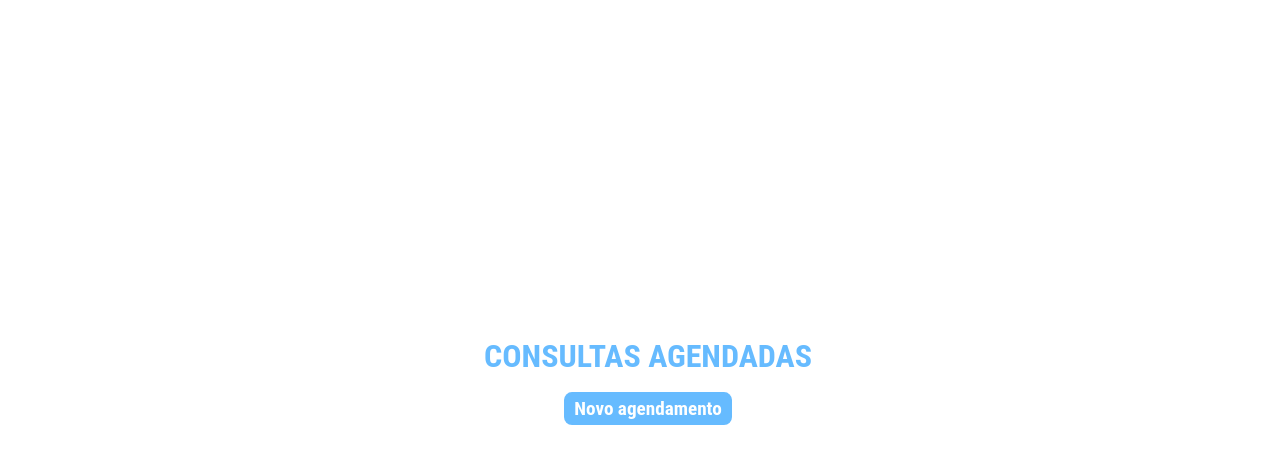
Repository: ohenriquesouza/HospitalCRUD-using-JavaEE
Page: http://localhost/JSP_test/main
These files come from the project's save history. The page is drawn as it stood at one moment and after the next save; the edit follows.
The browser window is 1280 px wide. The pictures show the whole page.
Some web fonts or font styles are not loaded; a fallback is used. The page is served by Tomcat 10. Other server files are loaded and not shown. Queries for data that is not in the repository find no rows.

Above is the page before, as saved 2022-12-28 15:57:18.

### JSP_test/src/main/webapp/cadastro.jsp
<%@ page language="java" contentType="text/html; charset=utf-8"
    pageEncoding="utf-8"%>
<%@ page import="model.JavaBeans" %>
<%@ page import="java.util.ArrayList" %>
<%
	ArrayList<JavaBeans> consultas = (ArrayList<JavaBeans>) request.getAttribute("consultasAgendadas");
%>
<!DOCTYPE html>
<html lang="pt-br">
<head>
<meta charset="utf-8">
<title>Cadastro de pacientes</title>
<link rel="icon" href="imgs/usericon.png">
<link rel="stylesheet" href="style.css">
</head>
<body>
	<center><h1>CONSULTAS AGENDADAS</h1></center>
	<center><a class="botao1" href="novaConsulta.html">Novo agendamento</a></center>
	<%if(consultas.size() > 0){ %>
	<table id="tabela">
		<thead>
			<tr>
				<th>ID</th>
				<th>Nome</th>
				<th>Número da carteira</th>
				<th>Plano de saúde</th>
				<th>Especialidade</th>
				<th>Opções</th>
			</tr>
		</thead>
		<tbody>
			<%for(int i = 0; i < consultas.size(); i++){ %>
			<tr>
				<td><%=consultas.get(i).getidPaciente() %></td>
				<td><%=consultas.get(i).getnomePaciente() %></td>
				<td><%=consultas.get(i).getnmCarteira() %></td>
				<td><%=consultas.get(i).getPlanSaude() %></td>
				<td><%=consultas.get(i).getespeci() %></td>
				<td><a href="select?idPaciente=<%=consultas.get(i).getidPaciente() %>" class="botao1">Editar</a>
				<a href="javascript: confirmacao(<%=consultas.get(i).getidPaciente() %>)" class="botao2">Remover</a></td>
			</tr>
			<%} %>
		</tbody>



	</table>
	<br>
	<center><a href="relatorio" class="botao3">Gerar PDF</a></center>
	<%} %>
	<script src="scripts/confirmacao.js"></script>
</body>
</html>

### JSP_test/src/main/java/controller/Controller.java
package controller;

import java.io.IOException;
import java.util.ArrayList;

import com.itextpdf.text.Document;
import com.itextpdf.text.Paragraph;
import com.itextpdf.text.pdf.PdfPCell;
import com.itextpdf.text.pdf.PdfPTable;
import com.itextpdf.text.pdf.PdfWriter;

import jakarta.servlet.RequestDispatcher;
import jakarta.servlet.ServletException;
import jakarta.servlet.annotation.WebServlet;
import jakarta.servlet.http.HttpServlet;
import jakarta.servlet.http.HttpServletRequest;
import jakarta.servlet.http.HttpServletResponse;
import model.DAO;
import model.JavaBeans;

@WebServlet(urlPatterns = { "/Controller", "/main", "/insert", "/select", "/edit", "/delete", "/relatorio" })
@SuppressWarnings("unused")
public class Controller extends HttpServlet {
	private static final long serialVersionUID = 1L;
	DAO dao = new DAO();
	JavaBeans consulta = new JavaBeans();

	public Controller() {
		super();

	}

	protected void doGet(HttpServletRequest request, HttpServletResponse response)
			throws ServletException, IOException {

		String action = request.getServletPath();
		System.out.println(action);
		if (action.equals("/main")) {
			consultas(request, response);
		} else if (action.equals("/insert")) {
			novoAgendamento(request, response);
		} else if (action.equals("/select")) {
			listarConsultas(request, response);
		} else if (action.equals("/edit")) {
			editarConsulta(request, response);
		} else if (action.equals("/delete")) {
			removeConsulta(request, response);
		} else if (action.equals("/relatorio")) {
			gerarpdf(request, response);
		} else {
			response.sendRedirect("index.html");
		}
	}

	protected void consultas(HttpServletRequest request, HttpServletResponse response)
			throws ServletException, IOException {

		ArrayList<JavaBeans> consultas = dao.visualizarConsultas();
		request.setAttribute("consultasAgendadas", consultas);
		RequestDispatcher rd = request.getRequestDispatcher("cadastro.jsp");
		rd.forward(request, response);
	}

	protected void novoAgendamento(HttpServletRequest request, HttpServletResponse response)
			throws ServletException, IOException {

		// System.out.println(request.getParameter("nome"));
		// System.out.println(request.getParameter("NmCarteira"));
		// System.out.println(request.getParameter("plan"));
		// System.out.println(request.getParameter("especs"));

		consulta.setnomePaciente(request.getParameter("nome"));
		consulta.setnmCarteira(request.getParameter("NmCarteira"));
		consulta.setPlanSaude(request.getParameter("plan"));
		consulta.setespeci(request.getParameter("especs"));

		dao.agendarConsulta(consulta);
		response.sendRedirect("main");
	}

	protected void listarConsultas(HttpServletRequest request, HttpServletResponse response)
			throws ServletException, IOException {

		String idPacienteAux = request.getParameter("idPaciente");
		consulta.setidPaciente(idPacienteAux);
		dao.selecionaConsulta(consulta);
		request.setAttribute("idPaciente", consulta.getidPaciente());
		request.setAttribute("nome", consulta.getnomePaciente());
		request.setAttribute("NmCarteira", consulta.getnmCarteira());
		request.setAttribute("plan", consulta.getPlanSaude());
		request.setAttribute("espcs", consulta.getespeci());
		RequestDispatcher rd = request.getRequestDispatcher("edit.jsp");
		rd.forward(request, response);
	}

	protected void editarConsulta(HttpServletRequest request, HttpServletResponse response)
			throws ServletException, IOException {
		// System.out.println(request.getParameter("iduser"));
		// System.out.println(request.getParameter("nome"));
		// System.out.println(request.getParameter("NmCarteira"));
		// System.out.println(request.getParameter("plan"));
		// System.out.println(request.getParameter("especs"));

		consulta.setidPaciente(request.getParameter("iduser"));
		consulta.setnomePaciente(request.getParameter("nome"));
		consulta.setnmCarteira(request.getParameter("NmCarteira"));
		consulta.setPlanSaude(request.getParameter("plan"));
		consulta.setespeci(request.getParameter("especs"));
		dao.alteraConsulta(consulta);
		response.sendRedirect("main");
	}

	protected void removeConsulta(HttpServletRequest request, HttpServletResponse response)
			throws ServletException, IOException {

		String idRemover = request.getParameter("idPaciente");
		consulta.setidPaciente(idRemover);
		dao.removeConsulta(consulta);
		response.sendRedirect("main");
	}

	protected void gerarpdf(HttpServletRequest request, HttpServletResponse response)
			throws ServletException, IOException {

		Document doc = new Document();
		int cont = 0;
		try {
			response.setContentType("apllication/pdf");
			response.addHeader("Content-Disposition", "inline; filename=" + "Consultas.pdf");
			PdfWriter.getInstance(doc, response.getOutputStream());
			doc.open();
			doc.add(new Paragraph("Consultas agendadas:"));
			doc.add(new Paragraph(" "));
			PdfPTable table = new PdfPTable(4);
			PdfPCell col1 = new PdfPCell(new Paragraph("Nome"));
			PdfPCell col2 = new PdfPCell(new Paragraph("Nº da carteira"));
			PdfPCell col3 = new PdfPCell(new Paragraph("Plano de Saúde"));
			PdfPCell col4 = new PdfPCell(new Paragraph("Especialidade"));
			table.addCell(col1);
			table.addCell(col2);
			table.addCell(col3);
			table.addCell(col4);
			ArrayList<JavaBeans> consultas = dao.visualizarConsultas();
			for (int i = 0; i < consultas.size(); i++) {
				table.addCell(consultas.get(i).getnomePaciente());
				table.addCell(consultas.get(i).getnmCarteira());
				table.addCell(consultas.get(i).getPlanSaude());
				table.addCell(consultas.get(i).getespeci());
				cont++;
			}
			doc.add(table);
			doc.add(new Paragraph("No total, foram agendadas " + cont + " consultas."));
			doc.close();
		} catch (Exception e) {
			System.out.println(e);
			doc.close();
		}
	}
}

### JSP_test/src/main/webapp/style.css
@charset "utf-8";
@import url('https://fonts.googleapis.com/css2?family=Roboto+Condensed:wght@300&display=swap');
body{
    position: absolute;
    top: 50%;
    left: 50%;
    transform: translate(-50%, -50%);
	font-size: 1em;
	font-weight: 400;
	font-family: 'Roboto Condensed', sans-serif;
}
h1{
	color: #66bbff;
}
.botao1{
	text-decoration: none;
	background-color: #66bbff;
	padding: 5px 10px 5px 10px;
	color: #fff;
	font-size: 1.2em;
	font-weight: 700;
	border-radius: 8px;
	cursor: pointer;
}
.botao2{
	text-decoration: none;
	background-color: #DB4437;
	padding: 5px 10px 5px 10px;
	color: #fff;
	font-size: 1.2em;
	font-weight: 700;
	border-radius: 8px;
	cursor: pointer;
}
.botao3{
	text-decoration: none;
	background-color: #74848b;
	padding: 5px 10px 5px 10px;
	color: #fff;
	font-size: 1.2em;
	font-weight: 700;
	border-radius: 8px;
	cursor: pointer;
}
.imgpdf{
	padding:2px;
	margin-top:2px;
}
 .box{
                position: absolute;
                top: 50%;
                left: 50%;
                transform: translate(-50%, -50%);
                padding: 15px;
                border-radius: 10px;
}
#tabela{
	margin-top: 30px;
	border-collapse: collapse;
}
#tabela th{
	border: 1px solid #ddd;
	padding: 10px;
	text-align: left;
	background-color: #66bbff;
	color:#fff;
}
#tabela td{
	border: 1px solid #ddd;
	padding: 10px;
}

### JSP_test/src/main/webapp/scripts/confirmacao.js
function confirmacao(idPaciente){
	let retorno = confirm("Tem certeza que deseja excluir este agendamento permanentemente?")
	if(retorno == true){
		window.location.href="delete?idPaciente=" + idPaciente
	}
}

After the next save:
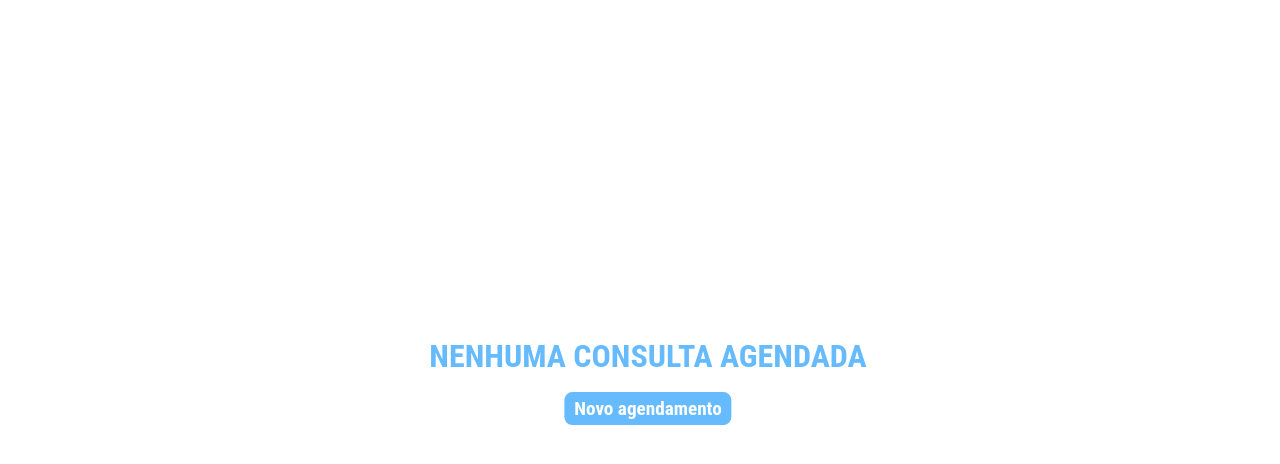
Saved 2 min 1 s later.
--- a/JSP_test/src/main/webapp/cadastro.jsp
+++ b/JSP_test/src/main/webapp/cadastro.jsp
@@ -14,9 +14,9 @@
 <link rel="stylesheet" href="style.css">
 </head>
 <body>
+	<%if(consultas.size() > 0){ %>
 	<center><h1>CONSULTAS AGENDADAS</h1></center>
 	<center><a class="botao1" href="novaConsulta.html">Novo agendamento</a></center>
-	<%if(consultas.size() > 0){ %>
 	<table id="tabela">
 		<thead>
 			<tr>
@@ -47,7 +47,9 @@
 	</table>
 	<br>
 	<center><a href="relatorio" class="botao3">Gerar PDF</a></center>
-	<%} %>
+	<%}else %>
+	<center><h1>NENHUMA CONSULTA AGENDADA</h1></center>
+	<center><a class="botao1" href="novaConsulta.html">Novo agendamento</a></center>
 	<script src="scripts/confirmacao.js"></script>
 </body>
 </html>
